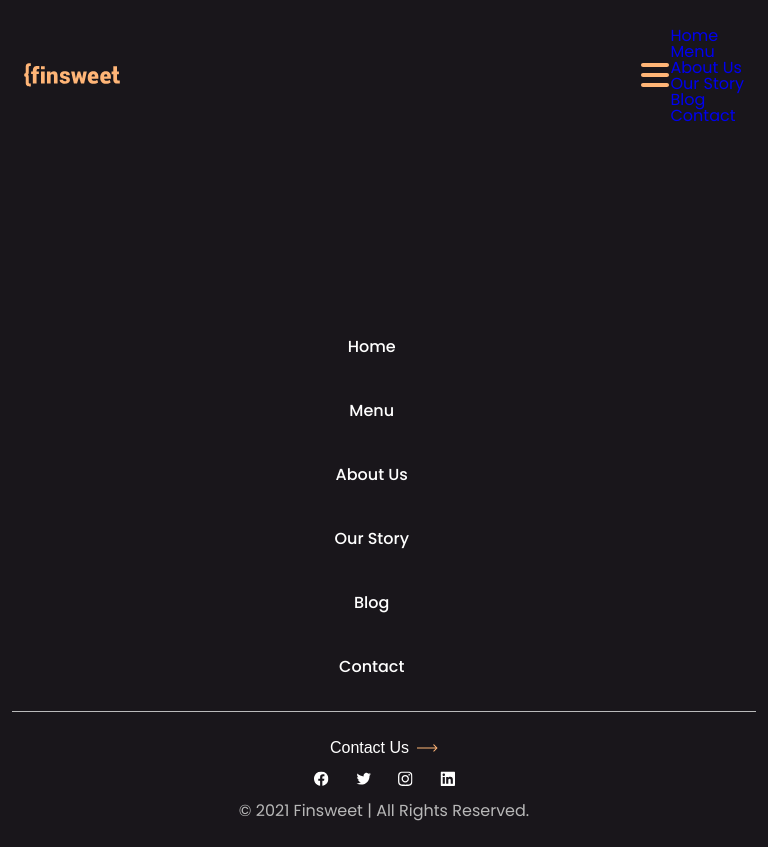
Repository: Minns-Cao/project-finsweet
Page: contact.html
An editor plug-in stored every save of this project. The page is shown before and after a run of saves, followed by the edit.
The browser window is 768 px wide. The pictures show the whole page.
Some web fonts or font styles are not loaded; a fallback is used.

Above is the page before, as saved 2023-04-28 15:27:04.

### contact.html
<!DOCTYPE html>
<html lang="en">
    <head>
        <meta charset="UTF-8" />
        <meta http-equiv="X-UA-Compatible" content="IE=edge" />
        <meta name="viewport" content="width=device-width, initial-scale=1.0" />
        <title>Finsweet</title>
        <!-- Reset CSS -->
        <link rel="stylesheet" href="./assets/css/reset.css" />
        <!-- Style -->
        <link rel="stylesheet" href="./assets/css/style.css" />
        <!-- Fonts -->
        <link rel="preconnect" href="https://fonts.googleapis.com" />
        <link rel="preconnect" href="https://fonts.gstatic.com" crossorigin />
        <link
            href="https://fonts.googleapis.com/css2?family=Playfair+Display:ital,wght@0,400;0,500;0,600;0,700;0,800;0,900;1,400;1,500;1,600;1,700;1,800;1,900&family=Poppins:ital,wght@0,300;0,400;0,500;0,600;1,300;1,400;1,500;1,600&display=swap"
            rel="stylesheet"
        />
    </head>
    <body>
        <!-- ========================================Contact Page================================================ -->
        <!-- Header -->
        <header class="fixed header">
            <div class="main-content">
                <div class="body">
                    <!-- Logo -->
                    <a href="./index.html"
                        ><img
                            src="./assets/img/Logo.svg"
                            alt="logo"
                            class="logo"
                    /></a>
                    <!-- Navigation -->
                    <div class="nav">
                        <ul>
                            <li>
                                <a href="./index.html">Home</a>
                            </li>
                            <li>
                                <a href="./menu.html">Menu</a>
                            </li>
                            <li>
                                <a href="./aboutUs.html">About Us</a>
                            </li>
                            <li>
                                <a href="./ourStory.html">Our Story</a>
                            </li>
                            <li>
                                <a href="./blog.html">Blog</a>
                            </li>
                            <li>
                                <a href="./contact.html">Contact</a>
                            </li>
                        </ul>
                    </div>
                    <!-- Action -->
                    <button class="action">
                        <span class="label">Clone Project</span>
                        <img
                            src="./assets/img/arrow-to-right.svg"
                            alt="arrow-to-right"
                            class="arrow-to-right"
                        />
                    </button>

                    <!-- Navigation Mobile -->
                    <div class="nav-mb-btn">
                        <svg
                            xmlns="http://www.w3.org/2000/svg"
                            viewBox="0 0 448 512"
                            width="32"
                            height="32"
                        >
                            <path
                                d="M0 96C0 78.3 14.3 64 32 64H416c17.7 0 32 14.3 32 32s-14.3 32-32 32H32C14.3 128 0 113.7 0 96zM0 256c0-17.7 14.3-32 32-32H416c17.7 0 32 14.3 32 32s-14.3 32-32 32H32c-17.7 0-32-14.3-32-32zM448 416c0 17.7-14.3 32-32 32H32c-17.7 0-32-14.3-32-32s14.3-32 32-32H416c17.7 0 32 14.3 32 32z "
                                fill="#FFB577"
                            />
                        </svg>
                    </div>

                    <div class="overlay"></div>

                    <div class="nav-mb">
                        <ul>
                            <li>
                                <a href="./index.html">Home</a>
                            </li>
                            <li>
                                <a href="./menu.html">Menu</a>
                            </li>
                            <li>
                                <a href="./aboutUs.html">About Us</a>
                            </li>
                            <li>
                                <a href="./ourStory.html">Our Story</a>
                            </li>
                            <li>
                                <a href="./blog.html">Blog</a>
                            </li>
                            <li>
                                <a href="./contact.html">Contact</a>
                            </li>
                        </ul>
                    </div>
                </div>
            </div>
        </header>
        <!-- Footer -->
        <footer class="footer">
            <div class="main-content">
                <div class="body">
                    <!-- Logo -->
                    <a href="#"
                        ><img
                            src="./assets/img/Logo.svg"
                            alt="logo"
                            class="logo"
                    /></a>
                    <!-- Navigation -->
                    <div class="nav">
                        <ul>
                            <li>
                                <a href="./index.html">Home</a>
                            </li>
                            <li>
                                <a href="#">Menu</a>
                            </li>
                            <li>
                                <a href="./aboutUs.html">About Us</a>
                            </li>
                            <li>
                                <a href="./ourStory.html">Our Story</a>
                            </li>
                            <li>
                                <a href="./blog.html">Blog</a>
                            </li>
                            <li>
                                <a href="./contact.html">Contact</a>
                            </li>
                        </ul>
                    </div>
                    <!-- Contact-Footer -->
                    <div class="contact-footer">
                        <!-- Copyright -->
                        <div class="container">
                            <p class="copyright">
                                © 2021 Finsweet | All rights reserved.
                            </p>
                        </div>
                        <!-- Socials -->
                        <div class="socials-list">
                            <div class="social">
                                <img
                                    src="./assets/img/icon/icon_facebook.svg"
                                    alt="icon_facebook"
                                />
                            </div>
                            <div class="social">
                                <img
                                    src="./assets/img/icon/icon_twitter.svg"
                                    alt="icon_twitter"
                                />
                            </div>
                            <div class="social">
                                <img
                                    src="./assets/img/icon/icon_instagram.svg"
                                    alt="icon_instagram"
                                />
                            </div>
                            <div class="social">
                                <img
                                    src="./assets/img/icon/icon_linkin.svg"
                                    alt="icon_linkin"
                                />
                            </div>
                        </div>
                        <!-- action -->
                        <button
                            class="action"
                            onclick="window.location.href='./contact.html'"
                        >
                            <span class="label-med">Contact Us</span>
                            <svg
                                width="21"
                                height="8"
                                viewBox="0 0 21 8"
                                fill="none"
                                xmlns="http://www.w3.org/2000/svg"
                            >
                                <path
                                    d="M20.3536 4.35355C20.5488 4.15829 20.5488 3.84171 20.3536 3.64645L17.1716 0.464466C16.9763 0.269204 16.6597 0.269204 16.4645 0.464466C16.2692 0.659728 16.2692 0.976311 16.4645 1.17157L19.2929 4L16.4645 6.82843C16.2692 7.02369 16.2692 7.34027 16.4645 7.53553C16.6597 7.7308 16.9763 7.7308 17.1716 7.53553L20.3536 4.35355ZM0 4.5L20 4.5V3.5L0 3.5L0 4.5Z"
                                    fill="#FFB577"
                                />
                            </svg>
                        </button>
                    </div>
                </div>
            </div>
        </footer>
    </body>
</html>

### assets/css/style.css
* {
    box-sizing: border-box;
}

:root {
    --primary-color: #ffb577;
    --background-color: #19161b;
    --font-heading: Playfair Display, "serif";
}

html,
body {
    scroll-behavior: smooth;
}

html {
    font-size: 62.5%;
}

body {
    font-size: 1.6rem;
    font-family: "Poppins", sans-serif;
}

/* ================common=================*/
.main-content {
    width: 1280px;
    max-width: calc(100% - 48px);
    margin-left: auto;
    margin-right: auto;
}

a {
    text-decoration: none;
}

.btn {
    border: none;
    background: #ffb577;
    padding: 12px 24px;
}

.label-med {
    margin-right: 8px;
    font-weight: 500;
    font-size: 1.6rem;
    line-height: 1.5;
    color: #2e2d33;
}

.label-extransmall {
    font-weight: 500;
    font-size: 1.2rem;
    line-height: 1.33;
    color: #FFFFFF;
}

.heading {
    font-family: var(--font-heading);
    font-style: normal;
    color: #ffffff;
}

.lv1 {
    font-weight: 700;
    font-size: 5.6rem;
    line-height: 1.21;
}

.lv2 {
    font-weight: 700;
    font-size: 4.8rem;
    line-height: 1.21;
}

.lv3 {
    font-weight: 700;
    font-size: 3.3rem;
    line-height: 1.5;
}

.lv4 {
    font-weight: 700;
    font-size: 2rem;
    line-height: 1.5;
}

.lv5 {
    font-weight: 700;
    font-size: 1.4rem;
    line-height: 1.5;
}

.desc {
    font-weight: 400;
    font-size: 1.6rem;
    line-height: 1.75;
    color: #b8b8b8;
}

.caption {
    position: relative;
    display: inline-block;
    font-family: var(--font-heading);
    font-weight: 400;
    font-size: 1.6rem;
    line-height: 1.5;
    color: #ffb577;
}

.caption::after {
    position: absolute;
    content: "";
    display: block;
    width: 48px;
    border: 0.5px solid #ffffff;
    top: 50%;
    right: calc(-48px - 16px);
}

/* ================Header=================*/
.fixed {
    position: sticky;
    top: -20px;
    z-index: 1;
}

.header {
    background-color: var(--background-color);
}

.header .body {
    display: flex;
    align-items: center;
    padding: 28px 0px 8px;
}

.nav ul {
    display: flex;
    gap: 40px;
    margin-left: 50px;
}

.nav li a {
    font-weight: 500;
    font-size: 1.6rem;
    line-height: 1.5;
    color: #ffffff;
}

.header .action {
    display: flex;
    justify-content: center;
    align-items: center;
    margin-left: auto;
    border: none;
    background-color: var(--background-color);
}

.header .action .label {
    margin-right: 12px;
    color: #ffc492;
}

.header .nav-mb-btn {
    display: none;
}

/* ================Footer=================*/

.footer {
    background-color: var(--background-color);
    padding-top: 160px;
    padding-bottom: 24px;
}

.footer .logo {
    display: block;
    margin-left: auto;
    margin-right: auto;
    transform: translateX(+10%);
}

.footer .nav{
    position: relative;
    display: flex;
    justify-content: center;
    align-items: center;

    margin-top: 43px;
}

.footer .nav::after {
    position: absolute;
    content: "";
    display: block;
    width: 97vw;
    height: 0.5px;
    background-color: #FFF;
    bottom: -32px;
    opacity: 0.7;
}

.contact-footer {
    display: flex;
    justify-content: space-between;
    align-items: center;
    margin-top: 56px;
}


.contact-footer .copyright {
    font-weight: 400;
    font-size: 1.6rem;
    line-height: 1.5;
    text-transform: capitalize;
    color: #B8B8B8;
}

.contact-footer .socials-list {
    display: flex;
    gap: 27px;
    transform: translateX(-50%);
}

.contact-footer .action {
    display: flex;
    justify-content: center;
    align-items: center;
    border: none;
    background-color: var(--background-color);
}

.contact-footer .action .label-med {
    color: #FFFFFF;
}


/* ==================Responsive==================== */

@media (max-width: 768px) {
    /* Header */
    .header .nav,
    .header .action {
        display: none;
    }

    .header .nav-mb-btn {
        display: block;
        margin-left: auto;
    }

    /* Footer */
    .footer .logo {
        display: none;
    }

    .footer .nav ul {
        flex-direction: column;
        justify-content: center;
        align-items: center;
        transform: translateX(-50%);
    }

    .contact-footer {
        flex-direction: column-reverse;
        justify-content: center;
        align-items: center;
        gap: 10px;
    }

    .contact-footer .socials-list {
        justify-content: center;
        align-items: center;
        transform: translateX(0);
    }
}

Loaded but not shown: assets/css/reset.css (common file)

After the next 4 saves:
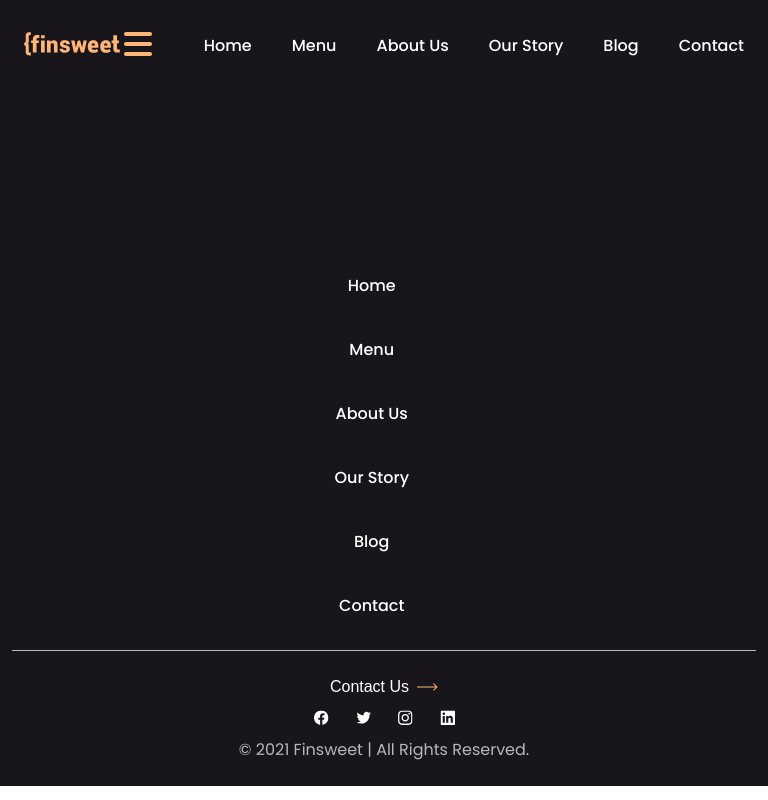
The 4 saves are shown as one change because they came seconds apart.
The last was saved 57 s later.
--- a/assets/css/style.css
+++ b/assets/css/style.css
@@ -250,6 +250,19 @@ a {
         margin-left: auto;
     }
 
+    .nav-mb ul {
+        display: flex;
+        gap: 40px;
+        margin-left: 50px;
+    }
+
+    .nav-mb li a {
+        font-weight: 500;
+        font-size: 1.6rem;
+        line-height: 1.5;
+        color: #ffffff;
+    }
+
     /* Footer */
     .footer .logo {
         display: none;
